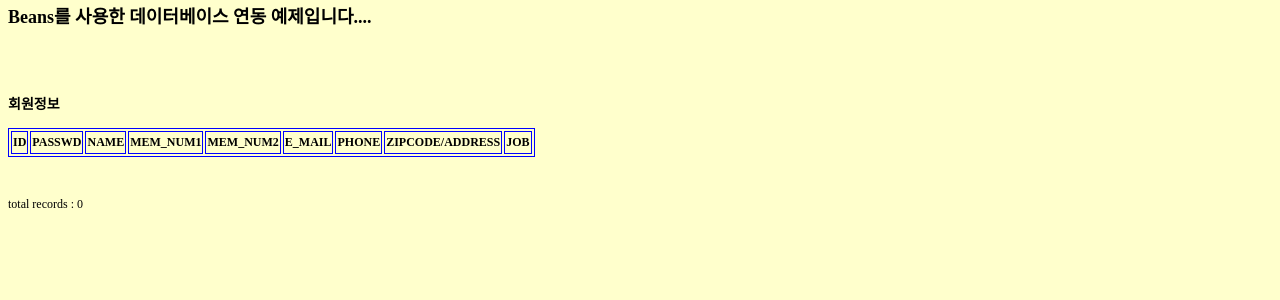
Repository: tomaters/servlets-JSP
Page: http://localhost/jsptest/jdbc/usingBean.jsp
The author's editor kept a copy of each file at every save. The page is drawn from the files as they stood at one save, then again after the next save.
The browser window is 1280 px wide. The pictures show the whole page.
The page is served by Tomcat 10. Other server files are loaded and not shown. Queries for data that is not in the repository find no rows.

Above is the page before, as saved 2023-12-01 07:47:58.

### jsptest/src/main/webapp/jdbc/usingBean.jsp
<%@page import="jdbc.TempMemberVO"%>
<%@page import="java.util.Vector"%>
<%@ page language="java" contentType="text/html; charset=UTF-8"
	pageEncoding="UTF-8"%>
<html>
<head>
<title>JSP에서 데이터베이스 연동</title>
<link href="style.css" rel="stylesheet" type="text/css">
</head>
<body bgcolor="#FFFFCC">
	<h2>Beans를 사용한 데이터베이스 연동 예제입니다....</h2>
	<br></br>
	<h3>회원정보</h3>
	<table bordercolor="#0000ff" border="1">
		<tr>
			<td><strong>ID</strong></td>
			<td><strong>PASSWD</strong></td>
			<td><strong>NAME</strong></td>
			<td><strong>MEM_NUM1</strong></td>
			<td><strong>MEM_NUM2</strong></td>
			<td><strong>E_MAIL</strong></td>
			<td><strong>PHONE</strong></td>
			<td><strong>ZIPCODE/ADDRESS</strong></td>
			<td><strong>JOB</strong></td>
		</tr>
		<jsp:useBean id="dao" class="jdbc.TempMemberDAO" scope="page" />
		<%-- TempMemberDAO tempMemberDAO = new TempMemberDAO(); --%>

		<%
		Vector<TempMemberVO> vectorList = dao.getMemberList();
		int counter = vectorList.size();
		for (int i = 0; i < vectorList.size(); i++) {
			TempMemberVO tempMemberVO = vectorList.elementAt(i);
		%>
		<tr>
			<td><%=tempMemberVO.getId()%></td>
			<td><%=tempMemberVO.getPasswd()%></td>
			<td><%=tempMemberVO.getName()%></td>
			<td><%=tempMemberVO.getMem_num1()%></td>
			<td><%=tempMemberVO.getMem_num2()%></td>
			<td><%=tempMemberVO.getEmail()%></td>
			<td><%=tempMemberVO.getPhone()%></td>
			<td><%=tempMemberVO.getZipcode()%>/<%=tempMemberVO.getAddress()%></td>
			<td><%=tempMemberVO.getJob()%></td>
			<%
			}
			%>
		</tr>
	</table>
	<br></br> total records :
	<%=counter%>
</body>
</html>

### jsptest/src/main/java/jdbc/TempMemberDAO.java
package jdbc;

import java.sql.Connection;
import java.sql.ResultSet;
import java.sql.SQLException;
import java.sql.Statement;
import java.util.Vector;

public class TempMemberDAO {

	public TempMemberDAO() {}

	public Vector<TempMemberVO> getMemberList() {
		Connection connection = null;
		Statement statement = null;
		ResultSet resultSet = null;
		ConnectionPool connectionPool = null;
		Vector<TempMemberVO> vectorList = new Vector<TempMemberVO>();
		try {
			connectionPool = ConnectionPool.getInstance();
			connection = connectionPool.getConnection();
			String strQuery = "select * from tempmember";
			statement = connection.createStatement();
			resultSet = statement.executeQuery(strQuery);
			while (resultSet.next()) {
				TempMemberVO tempMemberVO = new TempMemberVO();
				tempMemberVO.setId(resultSet.getString("id"));
				tempMemberVO.setPasswd(resultSet.getString("passwd"));
				tempMemberVO.setName(resultSet.getString("name"));
				tempMemberVO.setMem_num1(resultSet.getString("mem_num1"));
				tempMemberVO.setMem_num2(resultSet.getString("mem_num2"));
				tempMemberVO.setEmail(resultSet.getString("e_mail"));
				tempMemberVO.setPhone(resultSet.getString("phone"));
				tempMemberVO.setZipcode(resultSet.getString("zipcode"));
				tempMemberVO.setAddress(resultSet.getString("address"));
				tempMemberVO.setJob(resultSet.getString("job"));
				vectorList.add(tempMemberVO);
			}
		} catch (Exception e) {
			System.out.println(e);
		} finally {
			if (resultSet != null)
				try {
					resultSet.close();
				} catch (SQLException e) {
				}
			if (statement != null)
				try {
					statement.close();
				} catch (SQLException e) {
				}
			if (connection != null)
				try {
					connection.close();
				} catch (SQLException e) {
				}
		}
		return vectorList;
	}
}

### jsptest/src/main/java/jdbc/ConnectionPool.java
package jdbc;

import java.sql.Connection;
import java.sql.DriverManager;
import java.sql.SQLException;
import java.util.Vector;

public final class ConnectionPool {
	static { // runs before it becomes an object; i.e. code runs automatically when it is loaded into the memory
		try {
			Class.forName("oracle.jdbc.driver.OracleDriver");
		} catch (ClassNotFoundException e) {
			e.printStackTrace();
		}
	}
	// member variables
	private Vector<Connection> free;
	private Vector<Connection> used;
	private String url = "jdbc:oracle:thin:@localhost:1521:xe";
	private String user = "hr";
	private String password = "hr";
	private int initialCons = 10; // connections made when initialized
	private int maxCons = 20; // max number of connections
	private int numCons = 0; // total number of connections

	// singleton (1); a member variable must point to itself and it cannot be accessed from outside (private)
	private static ConnectionPool connectionPool;

	// singleton (3); create a method (usually getInstance()) that returns object ConnectionPool
	// from the outside, only this method can be used to access it (ConnectionPool.getInstance();)
	public static ConnectionPool getInstance() {
		try {
			if (connectionPool == null) { // if connection pool has not been made,
				synchronized (ConnectionPool.class) {
					connectionPool = new ConnectionPool(); // it creates one. if it exists, it returns the one that already exists
				}
			}
		} catch (SQLException e) {
			e.printStackTrace();
		}
		return connectionPool;
	}

	// singleton (2); the constructor cannot be allowed to be made from outside the class (private)
	private ConnectionPool() throws SQLException {
		free = new Vector<Connection>(initialCons);
		used = new Vector<Connection>(initialCons);
		while (numCons < initialCons) {
			addConnection();
		}
	}

	// saves connection into free connection
	private void addConnection() throws SQLException {
		free.add(getNewConnection());
	}

	// 새로운 커넥션 객체를 생성함.
	private Connection getNewConnection() throws SQLException {
		Connection con = null;
		try {
			con = DriverManager.getConnection(url, user, password);
		} catch (SQLException e) {
			e.printStackTrace();
		}
		System.out.println("About to connect to " + con);
		++numCons; // increase count of connections made
		return con;
	}

	// change connections activated on free to used
	public synchronized Connection getConnection() throws SQLException {
		// if connection doesnt exist on free, construct maxCons Connections
		if (free.isEmpty()) {
			while (numCons < maxCons) {
				addConnection();
			}
		}
		Connection _connection;
		_connection = free.get(free.size() - 1);
		free.remove(_connection);
		used.add(_connection);
		return _connection;
	}

	// return connections that are used to free
	public synchronized void releaseConnection(Connection _con) throws SQLException {
		boolean flag = false;
		if (used.contains(_con)) {
			used.remove(_con);
			numCons--;
			flag = true;
		} else {
			throw new SQLException("it does not exist in ConnectionPool");
		}
		try {
			if (flag) {
				free.add(_con);
				numCons++;
			} else {
				_con.close();
			}
		} catch (SQLException e) {
			try {
				_con.close();
			} catch (SQLException e2) {
				e2.printStackTrace();
			}
		}
	}

	public void closeAll() {// return all Connection resources
		// delete all connections on used
		for (int i = 0; i < used.size(); i++) {
			Connection _con = (Connection) used.get(i);
			used.remove(i--);
			try {
				_con.close();
			} catch (SQLException e) {
				e.printStackTrace();
			}
		}
		// delete all connections on free
		for (int i = 0; i < free.size(); i++) {
			Connection _con = (Connection) free.get(i);
			free.remove(i--);
			try {
				_con.close();
			} catch (SQLException e) {
				e.printStackTrace();
			}
		}
	}

	public int getMaxCons() {
		return maxCons;
	}

	public int getNumCons() {
		return numCons;
	}
}

### jsptest/src/main/webapp/css/style.css
@charset "UTF-8";

body {
	font-size: 9pt;
	color: black;
	line-height: 160%;
}

td {
	font-size: 9pt;
	color: black;
	line-height: 160%;
}

select {
	font-size: 9pt;
	color: black;
	line-height: 160%;
}

div {
	font-size: 9pt;
	color: black;
	line-height: 160%;
}

form {
	font-size: 9pt;
	color: black;
	line-height: 160%;
}

textarea {
	border-right: 1px solid #999999;
	border-top: 1px solid #999999;
	font-size: 9pt;
	border-left: 1px solid #999999;
	color: BLACK;
	border-bottom: 1px solid #999999;
	background-color: white;
}

input {
	border-right: 1px solid #999999;
	border-top: 1px solid #999999;
	font-size: 9pt;
	border-left: 1px solid #999999;
	color: black;
	border-bottom: 1px solid #999999;
	background-color: white;
}

a:link {
	text-decoration: none;
	color: #696969;
}

a:hover {
	text-decoration: yes;
	color: #66CCFF;
}

a:visited {
	text-decoration: none;
	color: #330066;
}

After the next save:
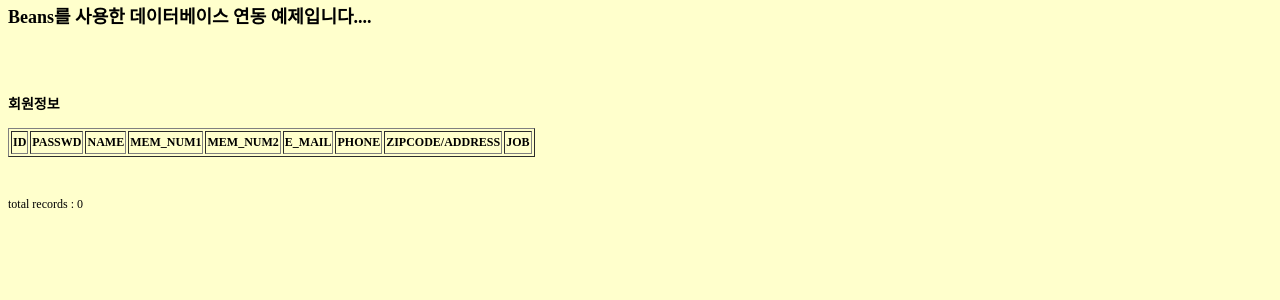
Saved 10 s later.
--- a/jsptest/src/main/webapp/jdbc/usingBean.jsp
+++ b/jsptest/src/main/webapp/jdbc/usingBean.jsp
@@ -11,7 +11,7 @@
 	<h2>Beans를 사용한 데이터베이스 연동 예제입니다....</h2>
 	<br></br>
 	<h3>회원정보</h3>
-	<table bordercolor="#0000ff" border="1">
+	<table border="1">
 		<tr>
 			<td><strong>ID</strong></td>
 			<td><strong>PASSWD</strong></td>
